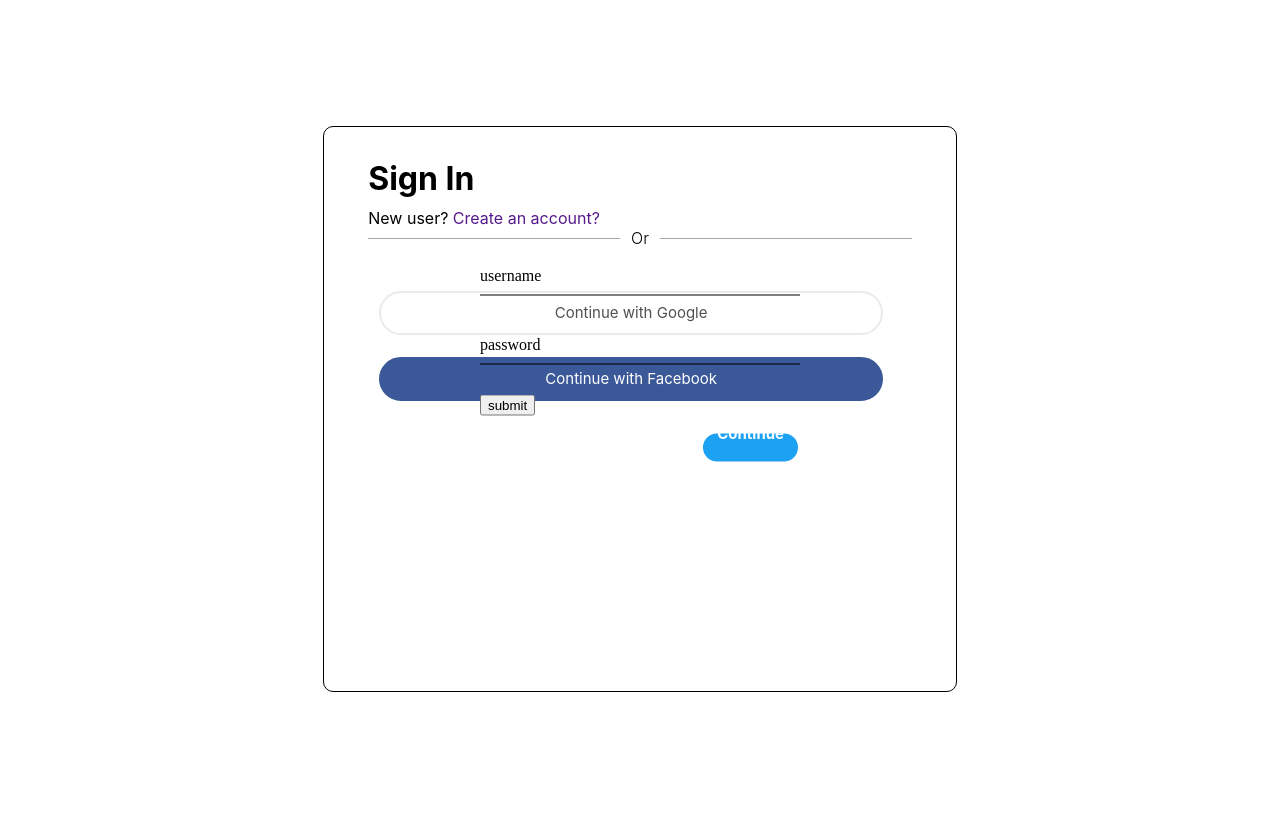
Repository: thangluu93/WereWolf
Page: Template/signIn.html
The author's editor kept a copy of each file at every save. The page is drawn from the files as they stood at one save, then again after the next save.
The browser window is 1280 px wide. The pictures show the whole page.

Above is the page before, as saved 2020-01-13 16:56:34.

### Template/signIn.html
<html>

<head>

    <link rel="stylesheet" href="../Stylesheet/signInStyle.css">
</head>

<body id="body1">
    <div class="container" id="container1">
        <div class="containerBody" id="containerBody1">
            <div class="border" id="border1">
                <div class="content" id="content1">
                    <div class="contentHeader">
                        <h1 class="Heading">Sign In</h1>
                        <p class="subHead">New user? <a href="">Create an account?</a></p>
                    </div>
                    <div class="fieldLayout">
                        <div class="box" >
                            <form>
                                <div class="inputBox">
                                    <input type="text" name="" required="">
                                    <label>username</label>
                                </div>
                                <div class="inputBox">
                                    <input type="password" name="" required="">
                                    <label>password</label>
                                </div>
                                <input type="submit" name="" value="submit">
                            </form>
                        <div class="emailContinue">
                            <button class="emailContinueBtn ">
                                <span>Continue</span>
                            </button>
                        </div>
                    </div>
                    <div class="contentFooter">
                        <strong class="line">Or</strong>
                        <div class="socialSignIn" id="socialSignIn1">
                            <a href="" class="googleSignIn">
                                <!-- <svg viewBox="0 0 1152 1152" focusable="false" aria-hidden="true" role="img"
                                class="googleIconSvg">
                                <path
                                    d="M1055.994 594.42a559.973 559.973 0 0 0-8.86-99.684h-458.99V683.25h262.28c-11.298 60.918-45.633 112.532-97.248 147.089v122.279h157.501c92.152-84.842 145.317-209.78 145.317-358.198z"
                                    fill="#4285f4"></path>
                                <path
                                    d="M588.144 1070.688c131.583 0 241.9-43.64 322.533-118.07l-157.5-122.28c-43.64 29.241-99.463 46.52-165.033 46.52-126.931 0-234.368-85.728-272.691-200.919H152.636v126.267c80.19 159.273 245 268.482 435.508 268.482z"
                                    fill="#34a853"></path>
                                <path
                                    d="M315.453 675.94a288.113 288.113 0 0 1 0-185.191V364.482H152.636a487.96 487.96 0 0 0 0 437.724z"
                                    fill="#fbbc05"></path>
                                <path
                                    d="M588.144 289.83c71.551 0 135.792 24.589 186.298 72.88l139.78-139.779C829.821 144.291 719.504 96 588.143 96c-190.507 0-355.318 109.21-435.508 268.482L315.453 490.75c38.323-115.19 145.76-200.919 272.691-200.919z"
                                    fill="#ea4335"></path>
                            </svg> -->
                                <span>Continue with Google</span>
                            </a>
                            <a href="" class="facebookSignIn">
                                <!-- <svg viewBox="0 0 1152 1152" class="facebookIconSvg" aria-hidden="true" data-prefix="fab" data-icon="facebook-f"
                                role="img" xmlns="http://www.w3.org/2000/svg" viewBox="0 0 264 512" data-fa-i2svg="">
                                <path fill="currentColor"
                                    d="M76.7 512V283H0v-91h76.7v-71.7C76.7 42.4 124.3 0 193.8 0c33.3 0 61.9 2.5 70.2 3.6V85h-48.2c-37.8 0-45.1 18-45.1 44.3V192H256l-11.7 91h-73.6v229">
                                </path>
                            </svg> -->
                                <span>Continue with Facebook</span>

                            </a>

                        </div>
                    </div>
                </div>

            </div>
        </div>
    </div>
</body>

</html>

### Stylesheet/signInStyle.css
.containerBody{
    margin: 0;
    padding: 0;
    width: 100%;
}

#containerBody1{
  width: 100%;

}

#content1{

    display: flex;
    flex-direction: column;


}

.content{
    height: 90%;
    padding: 5% 7% 7% 7%;
}

.border{
    width: 50%;
    height: 80%;
}

#border1{
    border: 1px solid black;
    border-radius: 10px;   ;

    margin: 10% auto;
    justify-content: center;
    align-items: center;

}

.socialSignIn a{
    margin: 2%;
    width: 92%;
    height: 2.5rem;
    display: flex;
    align-items: center;
    justify-content: center;
    font-size: 15px;
}

.socialSignIn{
    margin-top: 2rem;
}

#socialSignIn1{
    display: flex;
    flex-direction: column;
}

.googleSignIn,.facebookSignIn,.twitterSignIn{
    border: 2px;
    border-style: solid;
    border-radius: 100px;
}

.subHead{
    margin: 10px 0 0 0;
}

.heading{
    margin: 0;
}

p {
    font-family: adobe-clean,"Source Sans Pro",-apple-system,BlinkMacSystemFont,"Segoe UI",Roboto,sans-serif;
}

h1{
    font-family: adobe-clean,"Source Sans Pro",-apple-system,BlinkMacSystemFont,"Segoe UI",Roboto,sans-serif;
    font-size: 32px;
}

span{
    font-family: adobe-clean,"Source Sans Pro",-apple-system,BlinkMacSystemFont,"Segoe UI",Roboto,sans-serif;
}

a{
    text-decoration: none;
}




.emailContinueBtn{
    display: flex;
    box-shadow: none;
    background-color: #1da1f2;
    color: white;
    border: none;
    outline: none;
    border-width: 2px;
    border-style: solid;
    border-radius: 16px;
    height: 32px;
    min-width: 72px;
    padding: 0 14px 0;
    font-size: 15px;
    font-weight: 700;
    line-height: 0;
    justify-content: center;
}

.emailContinue{
    display: flex;
    align-items: flex-end;
    flex-direction: column;
}

.googleSignIn{
    border-color: #eaeaea;
    color: #505050;
}

.facebookSignIn{
    border-color:#3b5998;
    background-color: #3b5998;
    color: white;
}

.twitterSignIn{
    color: white;
    border-color: #1da1f2;
    background-color: #1da1f2;
}

.line {
    display: flex;
    z-index: 1;
    position: relative;
    width: 100%;
    color: black;
    justify-content: center;
    font-weight: 300;
    font-family: adobe-clean,"Source Sans Pro",-apple-system,BlinkMacSystemFont,"Segoe UI",Roboto,sans-serif
}

.line:before {
    width: 40px;
    height: 10px;
    background-color: white;
    margin-top: -5px;
    margin-left: -20px;
    margin-right: 0px;
    margin-bottom: 0px;
    position: absolute;
    left: 50%;
    top: 50%;
    z-index: -1;
    content: '';
}

.line:after {
    border-bottom: 1px solid #a4a5ac;
    display: block;
    position: absolute;
    top: 49%;
    width: 100%;
    z-index: -2;
    content: '';
}



.inputBox{
    position: relative;
}



.inputBox label{
    position: absolute;
    top: 0;
    left: 0;
    padding: 10px 0;
    font-size: 16px;
    color: black;
    pointer-events: none;
    transition: .5s;
}

.box {
    position: absolute;
    top: 50%;
    left: 50%;
    transform: translate(-50%, -50%);
    width: 400px;
    padding: 40px;
    box-sizing: border-box;
    border-radius: 10px;
}


.box .inputBox {
    position: relative;
}

.box .inputBox input {
    width: 100%;
    padding: 10px 0;
    font-size: 16px;
    color: black;
    margin-bottom: 30px;
    border: none;
    border-bottom: 1px solid black;
    outline: none;
    background: transparent;
}

.box .inputBox label {
    position: absolute;
    top: 0;
    left: 0;
    padding: 10px 0;
    font-size: 16px;
    color: black;
    pointer-events: none;
    transition: 1s;
}

.box .inputBox .field:valid ~ label,.box .inputBox .field:focus ~ label{
    top: -20px;
    left: 0;
    color: #03a9f4;
    font-size: 12px;
}

After the next save:
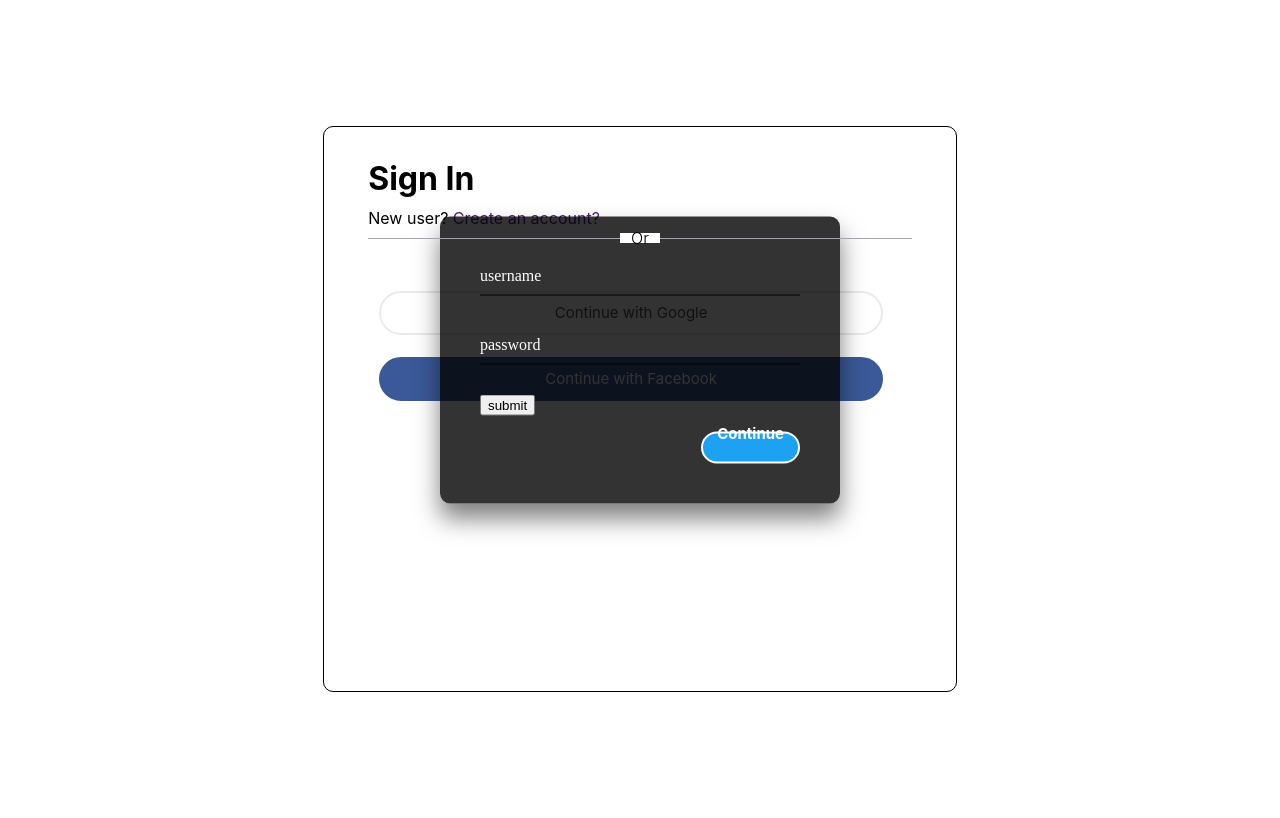
Saved 2 min 26 s later.
--- a/Stylesheet/signInStyle.css
+++ b/Stylesheet/signInStyle.css
@@ -194,7 +194,9 @@ a{
     transform: translate(-50%, -50%);
     width: 400px;
     padding: 40px;
+    background: rgba(0,0,0,.8);
     box-sizing: border-box;
+    box-shadow: 0 15px 25px rgba(0,0,0,.5);
     border-radius: 10px;
 }
 
@@ -221,12 +223,13 @@ a{
     left: 0;
     padding: 10px 0;
     font-size: 16px;
-    color: black;
+    color: #fff;
     pointer-events: none;
-    transition: 1s;
-}
-
-.box .inputBox .field:valid ~ label,.box .inputBox .field:focus ~ label{
+    transition: .5s;
+}
+
+.box .inputBox input:valid ~ label, .box .inputBox input:focus ~ label
+ {
     top: -20px;
     left: 0;
     color: #03a9f4;
